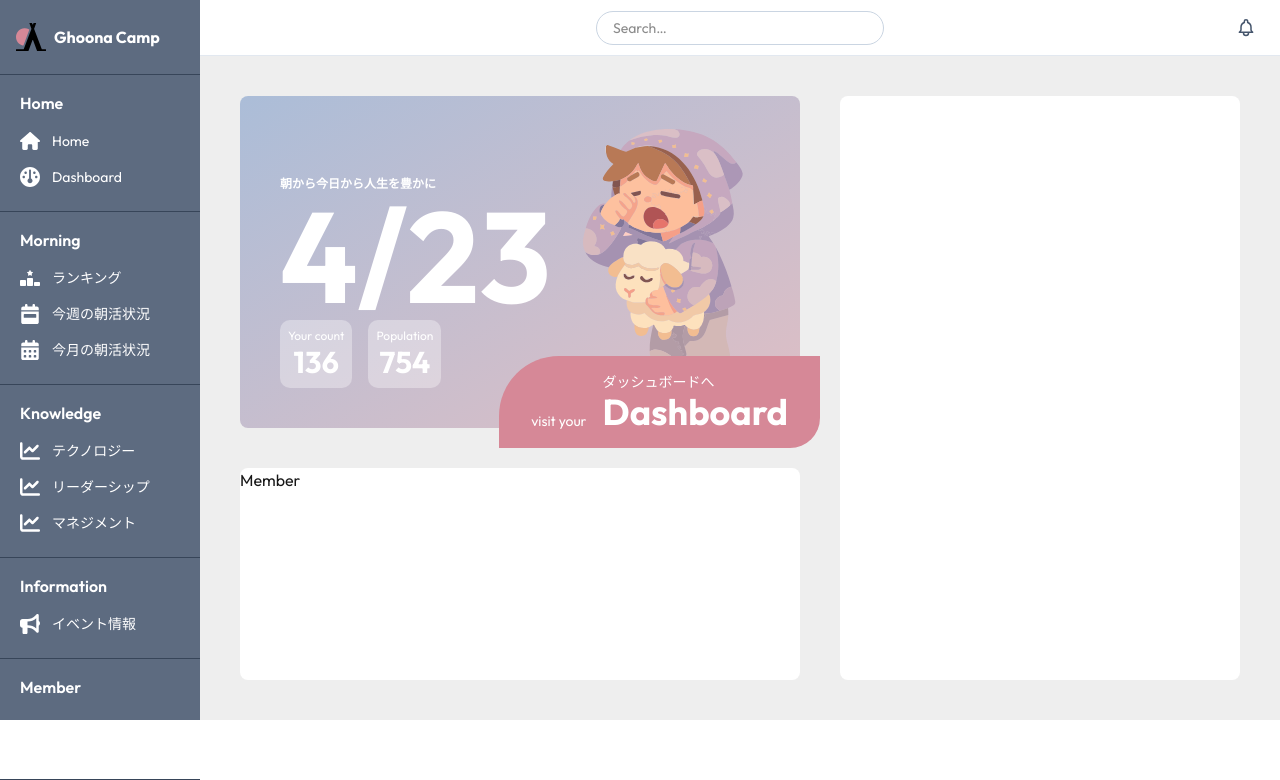
Repository: ShotaGhoona/ghoonacamp_platform
Page: /
These files come from the project's save history. The page is drawn as it stood at one moment and after the next save; the edit follows.
The browser window is 1280 px wide. The pictures show the whole page.
The page's requests for data from a server got no answer. The project was rebuilt for these pictures with package versions that can differ from the ones it lists, and the page was loaded fresh each time. The framework's server and built-in components were replaced by stand-ins that run in the browser. No one was signed in, and anything a server would have sent is missing. Also part of the build but not shown: next.config.js.

Above is the page before, as saved 2025-04-25 13:09:49.

After the next save:
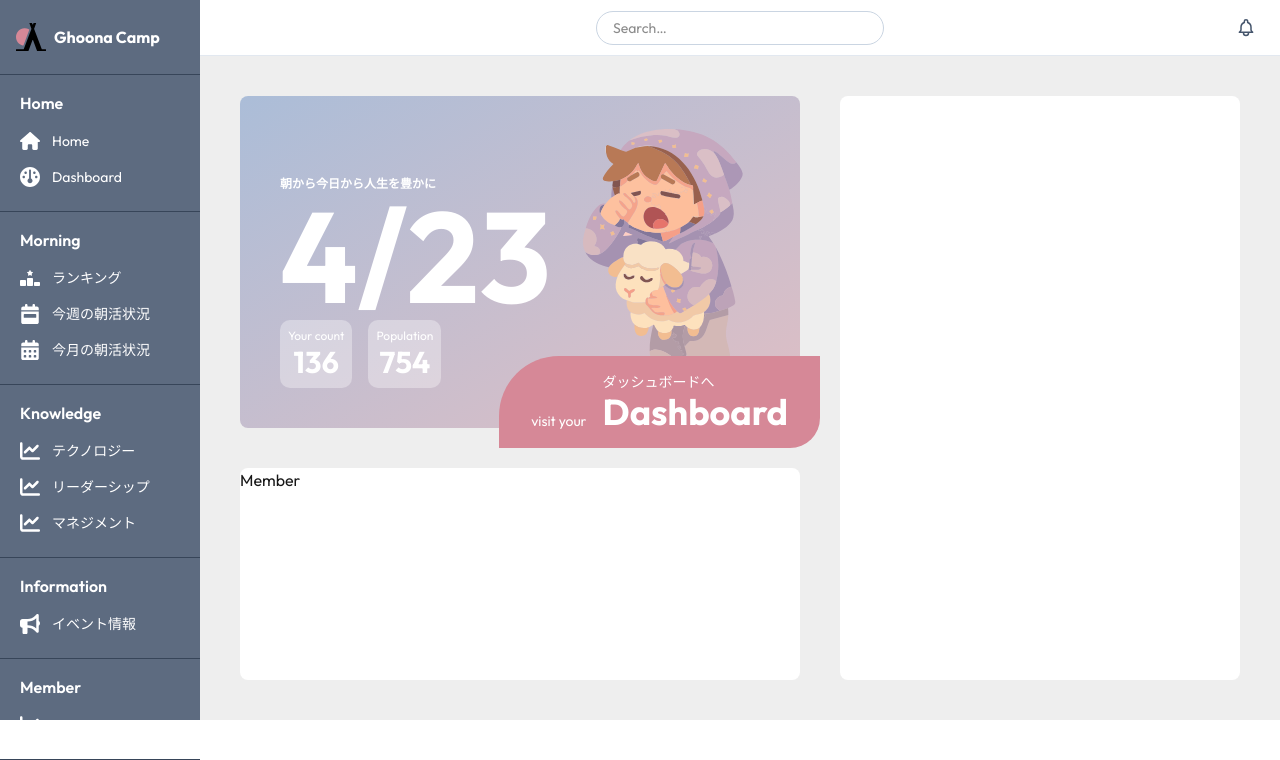
Saved 20 min 12 s later.
--- a/src/components/display/sidebar.tsx
+++ b/src/components/display/sidebar.tsx
@@ -34,7 +34,7 @@ const groups: { title: string; links: { href: string; label: string; icon: strin
   },
   {
     title: 'Member',
-    links: [{ href: '/members', label: 'GhoonaCamper一覧', icon: '/svg/sidebarIcon/analysis.svg' }],
+    links: [{ href: '/members', label: 'GhoonaCamper', icon: '/svg/sidebarIcon/analysis.svg' }],
   },
 ];
 
